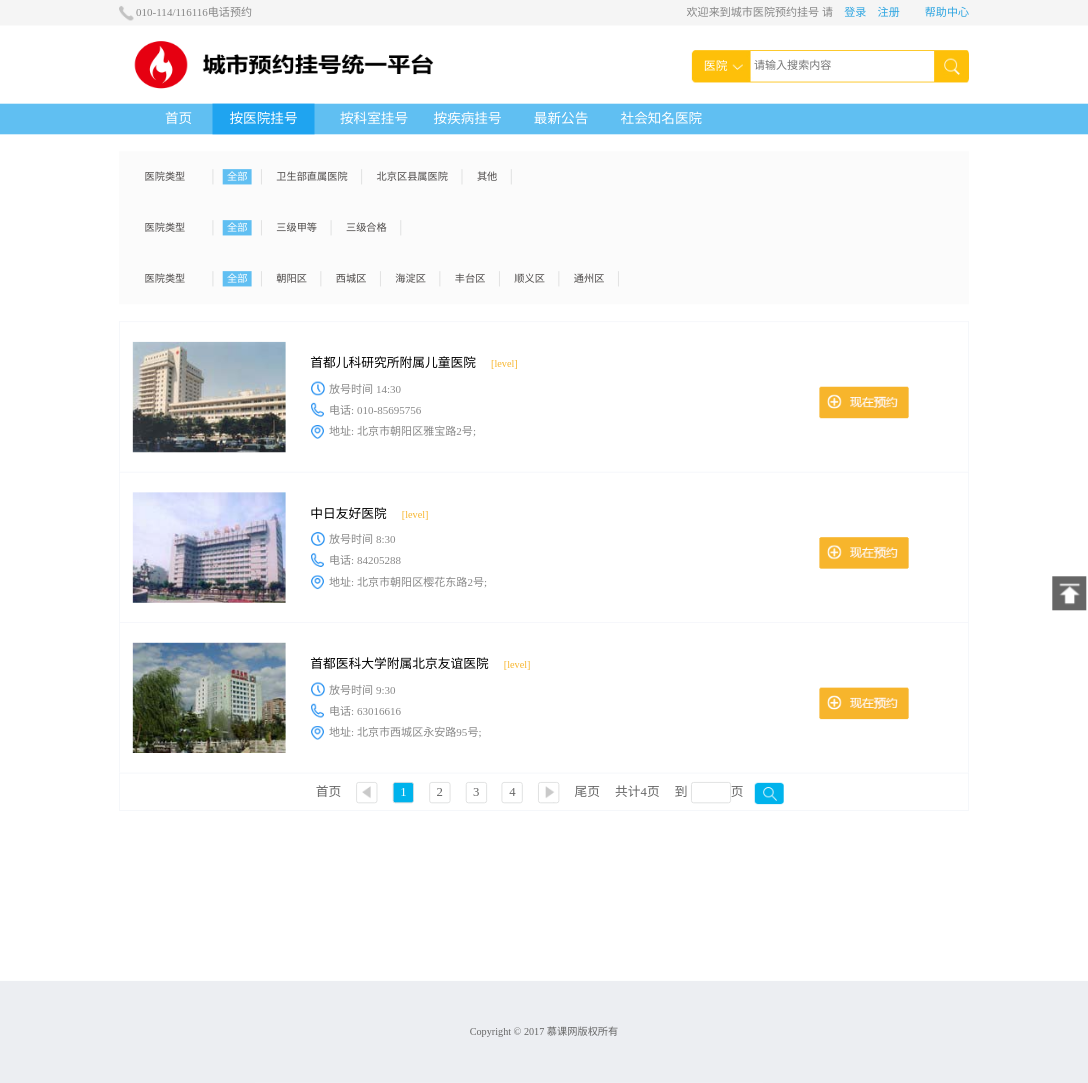
Repository: ScarApocalypse/study
Page: 挂号平台/hosptial.html
The author's editor kept a copy of each file at every save. The page is drawn from the files as they stood at one save, then again after the next save.
The browser window is 1280 px wide. The pictures show the whole page, at 85% of full size.

Above is the page before, as saved 2019-01-22 17:08:23.

### 挂号平台/hosptial.html
<!DOCTYPE html>
<html lang="en">

<head>
    <meta charset="UTF-8">
    <title>城市预约挂号</title>
    <link rel="stylesheet" href="css/layout.css">
    <link rel="stylesheet" type="text/css" href="css/base.css">
    <link rel="stylesheet" type="text/css" href="css/ui.css">
    <link rel="stylesheet" href="css/hosptial.css">
    <script type="text/javascript" src="js/jquery-1.7.1.min.js"></script>
    <script type="text/javascript" src="js/data.js"></script>
    <script src="js/hosptial.js"></script>
</head>

<body>
    <!-- 顶部区域 -->
    <div id="top" class="top">
        <div class="wrap">
            <p class="call">010-114/116116电话预约</p>
            <p class="welcome">欢迎来到城市医院预约挂号&nbsp;请&nbsp;<a href="#">登录</a>
                <a href="#">注册</a>
                &nbsp;&nbsp;&nbsp;&nbsp;
                <a href="#">帮助中心</a>
            </p>

        </div>
    </div>
    <!-- 头部区域 -->
    <div id="header" class="header">
        <div class="wrap">
            <a href="index.html" class="logo">
                <img src="img/logo.png">
            </a>
            <div class="search ui-search">
                <div class="ui-search-selected">医院</div>
                <div class="ui-search-selected-list">
                    <a href="#">科室</a>
                    <a href="#">疾病</a>
                    <a href="#">医院</a>

                </div>
                <input class="ui-search-input" type="text" name="search-content" placeholder="请输入搜索内容">
                <a href="#" class="ui-search-submit"></a>
            </div>
        </div>
    </div>
    <!-- 导航栏区域 -->
    <div id="nav" class="nav">
        <div class="wrap">
            <a href="index.html" class="link">首页</a>
            <a href="hosptial.html" class="link link_focus">按医院挂号</a>
            <a href="#" class="link">按科室挂号</a>
            <a href="#" class="link">按疾病挂号</a>
            <a href="#" class="link">最新公告</a>
            <a href="#" class="link right">社会知名医院</a>
        </div>
    </div>
    <!-- 筛选区域 -->
    <div id="filter" class="filter wrap">
        <!-- 标题区域 -->
        <div class="group">
            <div class="caption">
                医院类型
                <a href="#" class="condition condition_focus">全部</a>

            </div>
            <a href="#" class="condition">卫生部直属医院</a>
            <a href="#" class="condition">北京区县属医院</a>
            <a href="#" class="condition">其他</a>
        </div>
        <div class="group">
            <div class="caption">
                医院类型
                <a href="#" class="condition condition_focus">全部</a>

            </div>
            <a href="#" class="condition">卫生部直属医院</a>
            <a href="#" class="condition">北京区县属医院</a>
            <a href="#" class="condition">其他</a>
        </div>
        <div class="group">
            <div class="caption">
                医院类型
                <a href="#" class="condition condition_focus">全部</a>

            </div>
            <a href="#" class="condition">卫生部直属医院</a>
            <a href="#" class="condition">北京区县属医院</a>
            <a href="#" class="condition">其他</a>
        </div>

    </div>
    <!-- 列表区域 -->
    <!-- 列表模板 -->
    <script type="text/template" id="template_datalist_ite">
        <div class="item">
            <div class="cover"><img src="[imgUrl]" alt=""></div>
            <div class="name">
                [name]
                <span class="level">[level]</span>
            </div>
            <div class="time">放号时间 [time]</div>
            <div class="phone">电话: [phone]</div>
            <div class="address">地址: [address];</div>
            <a href="#" class="button">&nbsp;</a>
        </div>
    </script>
    <div class="datalist wrap">
        <div class="item">
            <div class="cover"><img src="img/hospital-1.jpg" alt=""></div>
            <div class="name">
                首都医科大学附属北京同仁医院
                <span class="level">三级甲等</span>
            </div>
            <div class="time">放号时间 8:30</div>
            <div class="phone">电话: 010-1234567</div>
            <div class="address">地址:北京市东城区东交民巷1号(西区);</div>
            <a href="#" class="button">&nbsp;</a>
        </div>
        <div class="item">
            <div class="cover"><img src="img/hospital-1.jpg" alt=""></div>
            <div class="name">
                首都医科大学附属北京同仁医院
                <span class="level">三级甲等</span>
            </div>
            <div class="time">放号时间 8:30</div>
            <div class="phone">电话: 010-1234567</div>
            <div class="address">地址:北京市东城区东交民巷1号(西区);</div>
            <a href="#" class="button">&nbsp;</a>
        </div>
        <div class="item">
            <div class="cover"><img src="img/hospital-1.jpg" alt=""></div>
            <div class="name">
                首都医科大学附属北京同仁医院
                <span class="level">三级甲等</span>
            </div>
            <div class="time">放号时间 8:30</div>
            <div class="phone">电话: 010-1234567</div>
            <div class="address">地址:北京市东城区东交民巷1号(西区);</div>
            <a href="#" class="button">&nbsp;</a>
        </div>
    </div>
    <!-- 分页区域 -->
    <div class="pagination wrap">
        <a href="#0" class="item item_text item_first">首页</a>
        <a href="#0" class="item item_icon item_prev">&nbsp;</a>
        <span class="page_wrap">
            <a href="#1" class="item item_page">1</a>
            <a href="#1" class="item item_page item_page_focus">2</a>
            <a href="#1" class="item item_page">3</a>
        </span>
        <a href="#0" class="item item_icon item_next">&nbsp;</a>
        <a href="#0" class="item item_text item_last">尾页</a>
        <a href="#0" class="item item_count">共计3页</a>
        <span href="#0" class="item item_text">到
            <input type="text" class="input_page" name="input_page">页
            <input type="button" class="input_submit" value="">

        </span>

    </div>
    <!-- 页脚区域 -->
    <div id="footer" class="footer">
        Copyright &copy 2017 慕课网版权所有
    </div>
    <!-- 回到顶部 -->
    <a class="go-top" href="#"></a>
    <script type="text/javascript" src="js/ui.js"></script>
</body>

</html>

### 挂号平台/css/layout.css
*{
	margin:0;
	padding:0;
}
.clearfix:after{
	content:' ';
	display: block;
	height:0;
	line-height: 0;
	clear:both;
	zoom:1;
}
.wrap{
	width: 1000px;
	margin:0 auto;
	position: relative;
}
.top{
	height: 30px;
	background-color:#f5f5f5;
}
.header{
	height: 92px;
}
.nav{
	height: 36px;
	background-color:#60bff2;
}
.banner{
	width: 802px;
	margin:0 auto;
	height: 414px;
	padding:9px 0 0 198px;
}
.banner-slider{
	float: left;
	width: 544px;
	height: 414px;
	background-color: #8edff3;
}
.banner-search{
	float:right;
	width:250px;
	height:255px;
	background-color: #eee;
}
.banner-help{
	float: right;
	width: 250px;
	height: 146px;
	background-color: #ccc;
	margin-top:12px;
}
.content{
	padding:10px 0 38px 0;
}
.content-tab{
	float: left;
	width: 742px;
	height: 490px;
	background-color: #eee;
}
.content-close,
.content-news{
	float: right;
	width: 248px;
	height: 236px;
	border:1px solid #ccc;
}
.content-close{
	margin-top:12px;
	border-color:red;
}
.footer{
	height:70px;
	padding:25px;
	background-color: #eceef2;
}

### 挂号平台/css/ui.css
/*ui-search搜索*/
.ui-search {
	background: url(../img/ui-search.jpg);
	font-size: 14px;
	color: #fff;
	position: relative;
}

.ui-search-selected {
	width: 70px;
	height: 38px;
	line-height: 38px;
	position: absolute;
	left: 0;
	top: 0;
	text-indent: 14px;
}

.ui-search-selected-list {
	display: none;
	position: absolute;
	width: 67px;
	line-height: 24px;
	background-color: #fff;
	box-shadow: 3px 3px 5px rgba(0, 0, 0, .2);
	left: 2px;
	top: 36px;
	z-index: 2;
}

.ui-search-selected-list a {
	display: block;
	text-align: center;
	color: #a5a2a2;
}

.ui-search-selected-list a:hover {
	background-color: #ebeef5;
}

.ui-search-input {
	width: 208px;
	height: 26px;
	position: absolute;
	top: 5px;
	left: 73px;
	line-height: 26px;
	font-size: 13px;
	color: #a5a2a2;
}

.ui-search-submit {
	display: block;
	position: absolute;
	right: 0;
	top: 1px;
	width: 40px;
	height: 36px;
}

/* ui-menu分类菜单 */
.ui-menu{}
.ui-menu-item{
	height: 22px;
	line-height: 22px;
	padding:8px 5px 9px 6px;
	/* margin-left:2px; */
	/* position: relative; */
}
.ui-menu-item:hover{
	background: #fff;
}
.ui-menu-item-department{
	float: left;
	height: 22px;
	line-height: 22px;
	position: relative;
	padding-left:30px;
	font-size:14px;
	color:#fff;
}
.ui-menu-item-department:before{
	content:'';
	display:block;
	width: 22px;
	height: 21px;
	position: absolute;
	left:0;
	top:1px;
	background:url('../img/icon-menu.jpg') -22px 0 no-repeat;
}
.ui-menu-item:nth-child(2) .ui-menu-item-department:before{
	background-position-y:-22px;
}
.ui-menu-item:nth-child(3) .ui-menu-item-department:before{
	background-position-y:-66px;
}
.ui-menu-item-disease{
	font-size: 12px;
	float:right;
	padding-left:5px;
	color:#d7f3ff
}
.ui-menu-item:hover .ui-menu-item-department:before{
	background-position-x: 0;
}
.ui-menu-item:hover .ui-menu-item-department{
	color:#333;
}
.ui-menu-item:hover .ui-menu-item-disease{
	color:#868686;
}
.ui-menu-item:hover .ui-menu-item-detail{
	display: block;
}
.ui-menu-item-detail{
	display:none;
	position: absolute;
	width: 500px;
	height: 393px;
	padding:20px 10px 10px 29px;
	background:#fff url(../img/bg-menu.jpg) center no-repeat;
	top:0;
	left:190px;
	box-shadow:5px 5px 2px rgba(0,0,0,.1);
	z-index:9;

}
.ui-menu-item-detail-group{
	padding-bottom:20px;
	text-align: left;


}
.ui-menu-item-detail-group-caption{
	width: 100%;
	display:block;
	color:#666;
	font-size:16px;
	font-weight:bold;
	line-height: 34px;
	height: 34px;
}
.ui-menu-item-detail-group-list{
	line-height: 23px;
}
.ui-menu-item-detail-group-list a{
	display: inline-block;
	color:#868686;
	margin-right:8px;
	font-size:12px;
	padding-bottom:5px;
}
.ui-menu-item-detail-group-list a:after{
	content:'|';
	color:#eee;
	padding-left:8px;
}
/* ui-slider组件 */
.ui-slider{
	width: 544px;
	height: 414px;
	position: relative;
	overflow: hidden;
}
.ui-slider-wrap{
	width: 99999px;
	height: 414px;
	position: absolute;
	left:0;
	right:0;
	transition:all .5s;
}
.ui-slider-wrap .item{
	display: block;
	float:left;
	width: 544px;
	height: 414px;
}
.ui-slider-arrow{
	width: 544px;
	height: 40px;
	position: absolute;
	/* background: #000;	 */
	top:50%;
	transform: translateY(-50%);
}
.ui-slider-arrow .item{
	display: block;
	width: 40px;
	height: 40px;
	position: absolute;
	top:0;
	background: url(../img/ui-slider-arrow.png) no-repeat;
}
.ui-slider-arrow .left{
	left:0;
}
.ui-slider-arrow .right{
	right:0;
	background-position: -40px 0;
}
.ui-slider-process{
	width: 544px;
	height: 12px;
	text-align: center;
	position: absolute;
	left:0;
	bottom:20px;
}
.ui-slider-process .item{
	display: inline-block;
	width: 16px;
	height: 16px;
	background:url(../img/ui-slider-process.png) no-repeat;

}
.ui-slider-process .item_focus,
.ui-slider-process .item:hover{
	background-position: -23px 0;
}

### 挂号平台/css/hosptial.css
/* 筛选区域 */
.filter{
    min-height: 100px;
    background-color: #fbfbfb;
    margin:20px auto;
}
.filter .group{
    padding:15px 60px 15px 180px;
    color:#4c4948;
    font-size:12px;
    line-height: 18px;
    min-height:30px;
    position: relative;
}
.filter .group .caption{
    position: absolute;
    left: 30px;
    top: 21px;
    width: 150px;
}
.filter .group .condition{
   color:#4c4948;
   display: inline-block;
   position: relative;
   margin:6px 24px 6px 0px;
   padding:0 5px;
}
.filter .group .caption .condition{
    position: absolute;
    right:0;
    top: -6px;
}
.filter .group .caption .condition::before,
.filter .group .condition::after{
    content:'';
    display: block;
    width: 1px;
    height: 18px;
    background: #dcdddd;
    position: absolute;
    top:0;
    right:-12px;
}
.filter .group .caption .condition::before{
    left:-12px;
}
.filter .group .condition_focus,
.filter .group .condition:hover{
    color:#fff;
    background-color:#60bff2;
}
/* 医院列表 */
.datalist .item{
    height: 130px;
    padding:23px 0 23px 224px;
    border:1px solid #f4f6fa;
    border-bottom:none;
    position: relative;
}
.datalist .item .cover{
    width: 180px;
    height: 130px;
    position: absolute;
    overflow: hidden;
    left: 15px;
    top: 23px;
}
.datalist .item:hover{
    background-color:#f5fcff;
}
.data .item .cover img{
    width: 100%;
    height: 100%;
}
.datalist .item .name{
    padding:13px 0;
    color:#000;
    font-size:15px;
}
.datalist .item .name .level{
    padding:0 2px 0 14px;
    color:#f7b52c;
    font-size: 12px;
}
.datalist .item .address,
.datalist .item .phone,
.datalist .item .time{
    margin-bottom:8px;
    font-size: 13px;
    color:#888;
    line-height: 17px;
    padding-left:22px;
    background: url(../img/icon-tel.png) no-repeat;
    background-position: 1px -36px;
}
.datalist .item .phone{
    background-position: 1px 0;
}
.datalist .item .address{
    background-position: 1px -17px;
}
.datalist .item .button{
    position: absolute;
    width: 105px;
    height: 37px;
    right: 70px;
    top:76px;
    display: block;
    background:url(../img/button-now.png) no-repeat  center left;
}
.datalist .item .button:hover{
    background-position: center right;
}
/* 分页区域 */
.pagination{
    height: 45px;
    line-height: 25px;
    border:1px solid #f4f6fa;
    text-align: center;
    color:#666;
    font-size:15px;
    margin-bottom:200px;
    padding:10px 0;
    box-sizing: border-box;
}
.pagination .item{
    margin-left:14px;
    color:#666;
    display: inline-block;
}
.pagination .item_icon:hover{
    background-color: #00b3ec;
}
.pagination .item_icon{
    background:url(../img/icon-pagination-arrow.png) no-repeat;
}
.pagination .item_prev{
    background-position: 6px -15px;
}
.pagination .item_prev:hover{
    background-position: -20px -15px;
}
.pagination .item_next{
    background-position: 8px 4px;
}
.pagination .item_next:hover{
    background-position: -18px 4px;
}
.pagination .input_page,
.pagination .item_page,
.pagination .item_icon{
    display: inline-block;
    width: 23px;
    height: 23px;
    line-height: 23px;
    border:solid 1px #dcdddd;
    border-radius:3px;
}
.pagination .item_page_focus{
    background:#00b3ec;
    color:#fff
}
.pagination .input_page{
    width: 45px;
    text-align: center;
}
.pagination .input_submit{
    width: 34px;
    height: 25px;
    display: inline-block;
    margin-left:10px;
    background:url(../img/icon-pagination-go.png);
    vertical-align:middle;
}

Loaded but not shown: 挂号平台/js/jquery-1.7.1.min.js (library); 挂号平台/js/hosptial.js (144 lines, source omitted); 挂号平台/js/data.js (172 lines, source omitted); 挂号平台/js/ui.js (146 lines, source omitted); 挂号平台/css/base.css (331 lines, source omitted)

After the next save:
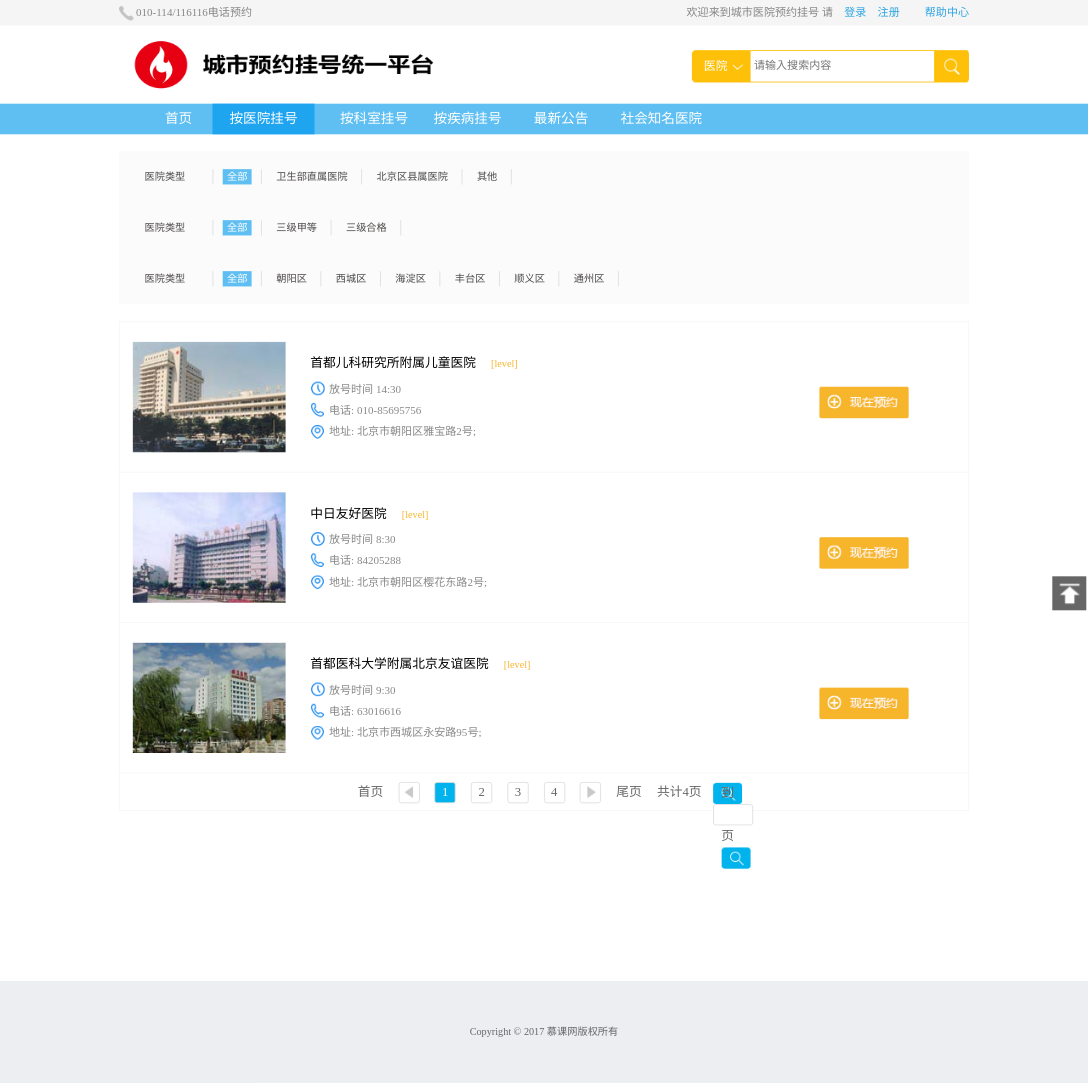
Saved 13 s later.
--- a/挂号平台/hosptial.html
+++ b/挂号平台/hosptial.html
@@ -153,7 +153,7 @@
         <a href="#0" class="item item_icon item_next">&nbsp;</a>
         <a href="#0" class="item item_text item_last">尾页</a>
         <a href="#0" class="item item_count">共计3页</a>
-        <span href="#0" class="item item_text">到
+        <span href="#0" class="item item_text input_submit">到
             <input type="text" class="input_page" name="input_page">页
             <input type="button" class="input_submit" value="">
 

After the save that followed:
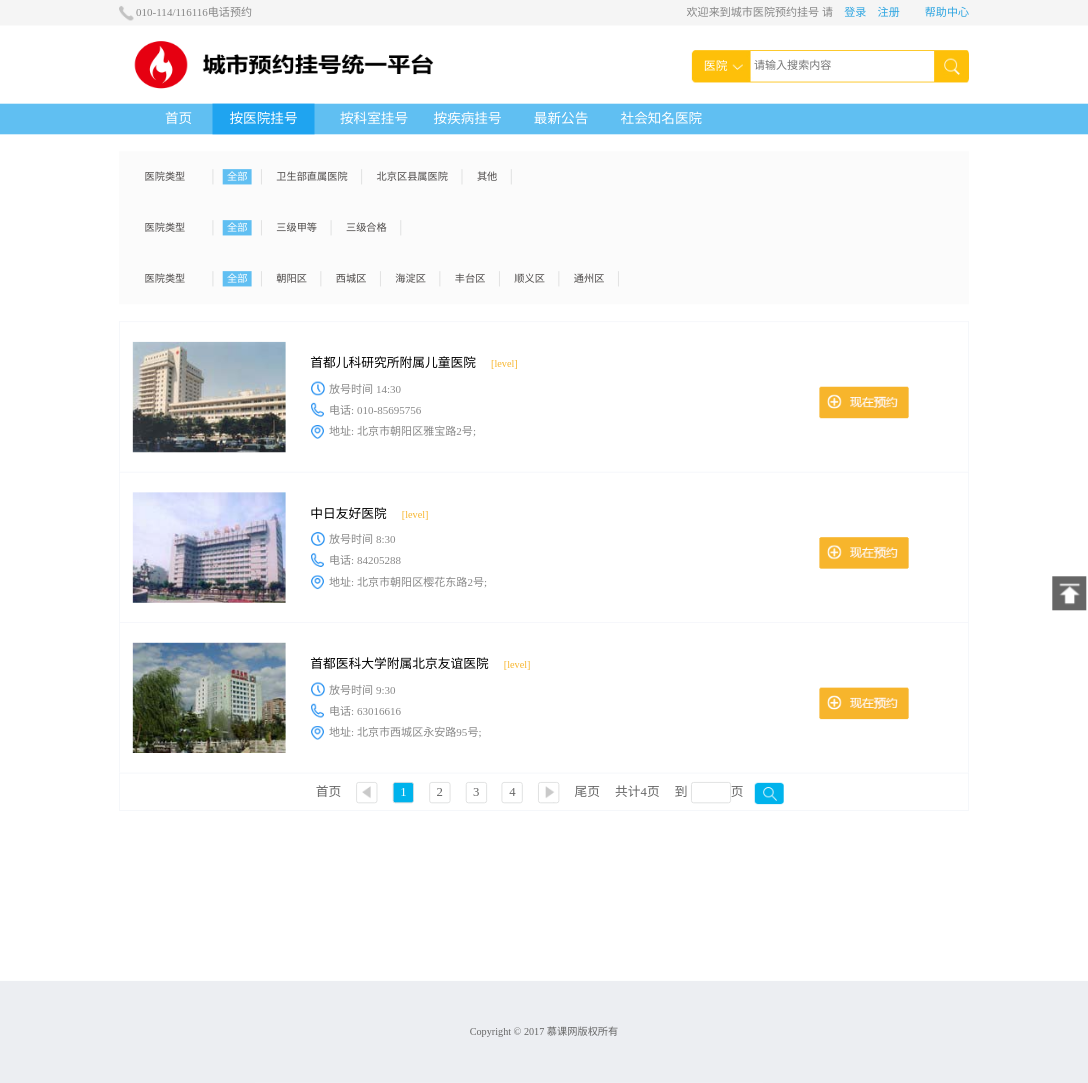
Saved 19 s later.
--- a/挂号平台/hosptial.html
+++ b/挂号平台/hosptial.html
@@ -153,7 +153,7 @@
         <a href="#0" class="item item_icon item_next">&nbsp;</a>
         <a href="#0" class="item item_text item_last">尾页</a>
         <a href="#0" class="item item_count">共计3页</a>
-        <span href="#0" class="item item_text input_submit">到
+        <span href="#0" class="item item_text">到
             <input type="text" class="input_page" name="input_page">页
             <input type="button" class="input_submit" value="">
 
